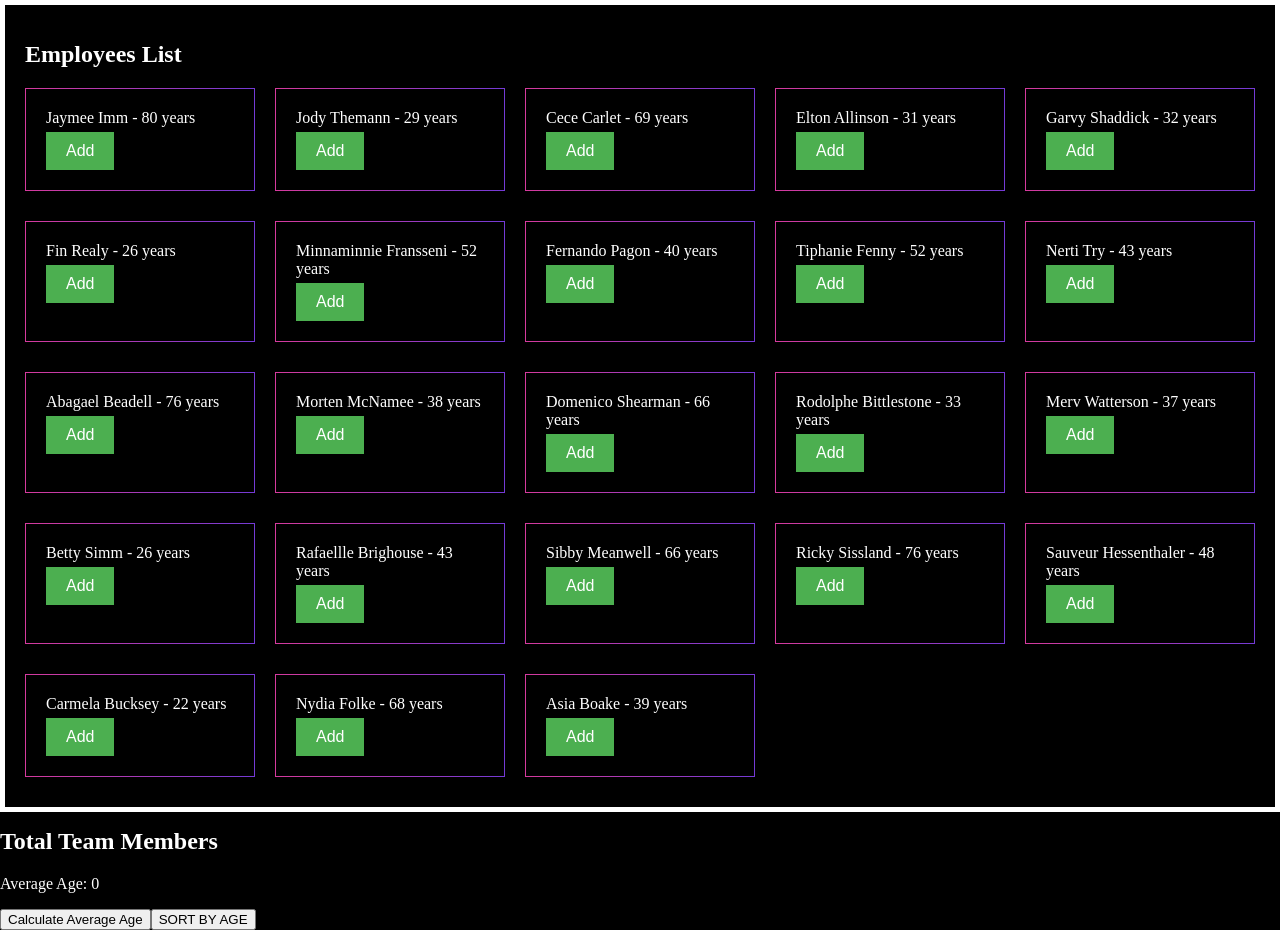
Repository: sriram1224/Teams-list
Page: /
The author's editor kept a copy of each file at every save. The page is drawn from the files as they stood at one save, then again after the next save.
The browser window is 1280 px wide. The pictures show the whole page.
The project was rebuilt for these pictures with package versions that can differ from the ones it lists, and the page was loaded fresh each time.

Above is the page before, as saved 2024-03-27 00:08:07.

After the next save:
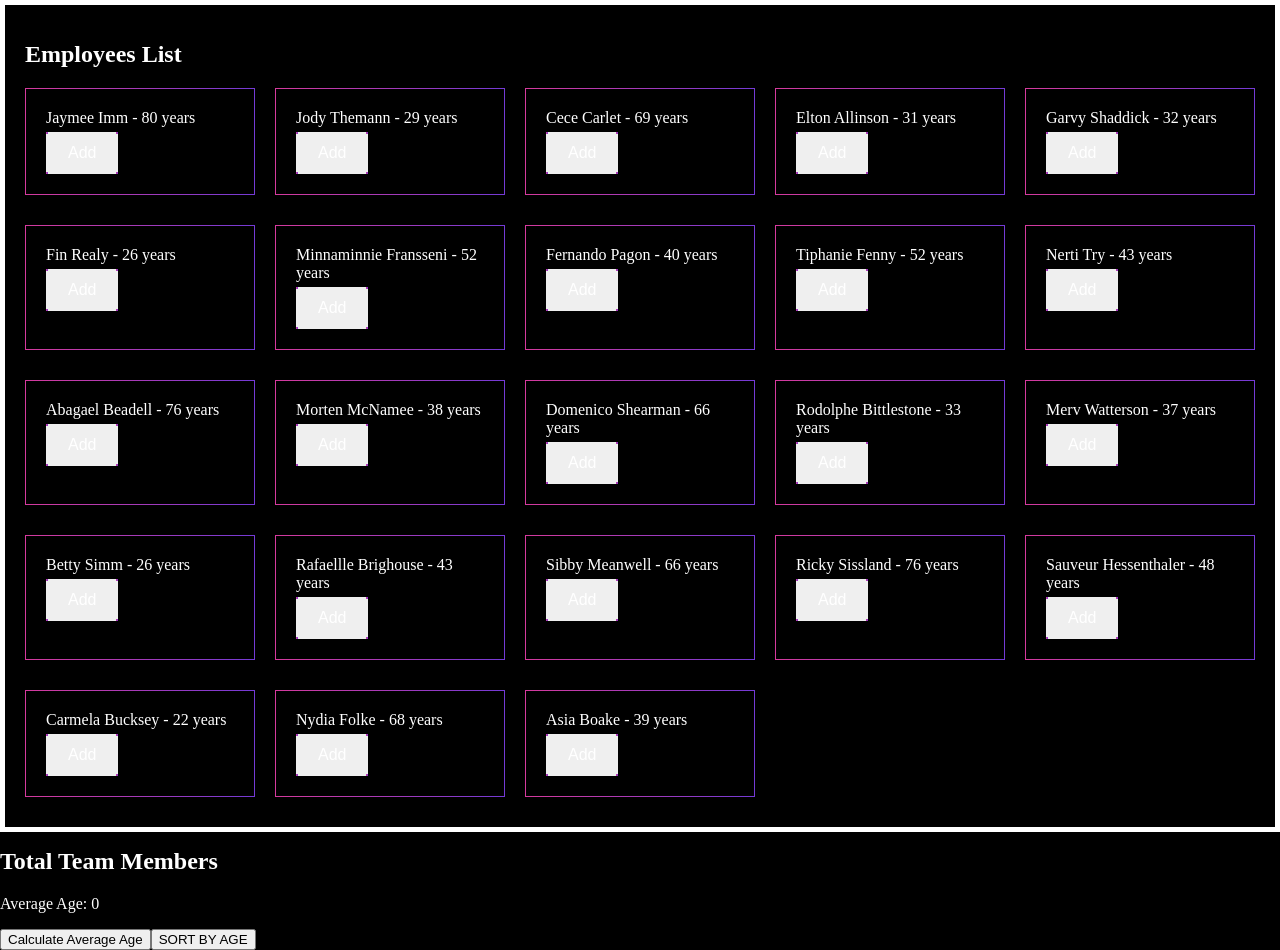
Saved 55 s later.
--- a/src/list.css
+++ b/src/list.css
@@ -30,9 +30,9 @@
 }
 
 .add-button {
-    background-color: #4CAF50;
+
     /* Green */
-    border: none;
+    border: 2px solid;
     color: white;
     padding: 10px 20px;
     text-align: center;
@@ -41,6 +41,7 @@
     font-size: 16px;
     margin-top: 5px;
     cursor: pointer;
+    border-image-source: linear-gradient(to left, #743ad5, #d53a9d);
 }
 
 .gray-text {
